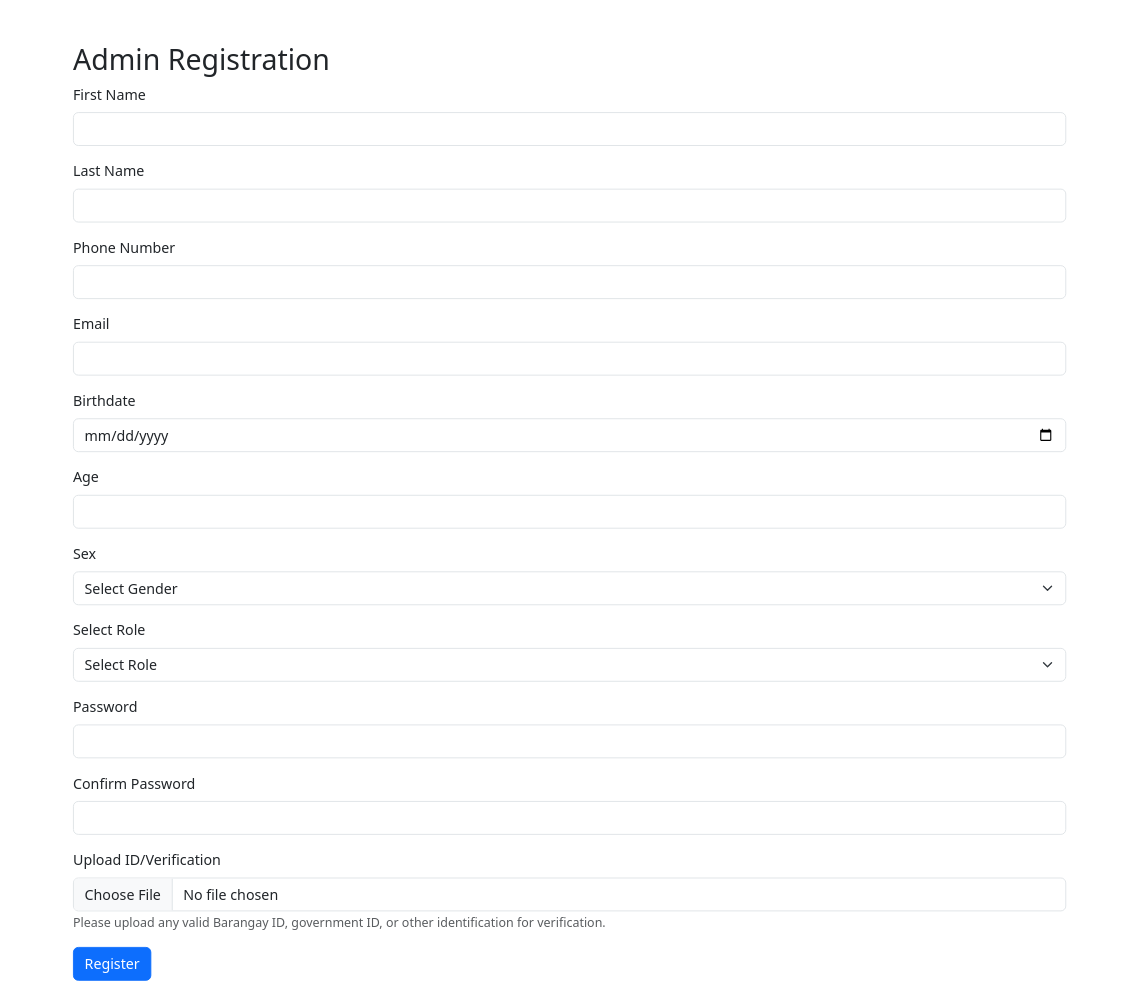
Repository: MeekSharkdev/capstone-project
Page: http://localhost/phpmailer/pages/register-admin.php
The author's editor kept a copy of each file at every save. The page is drawn from the files as they stood at one save, then again after the next save.
The browser window is 1280 px wide. The pictures show the whole page, at 89% of full size.
The page is run by PHP 8.4 with error messages shown; the project is at /var/www/html/.

Above is the page before, as saved 2024-12-18 13:23:49.

After the next save:
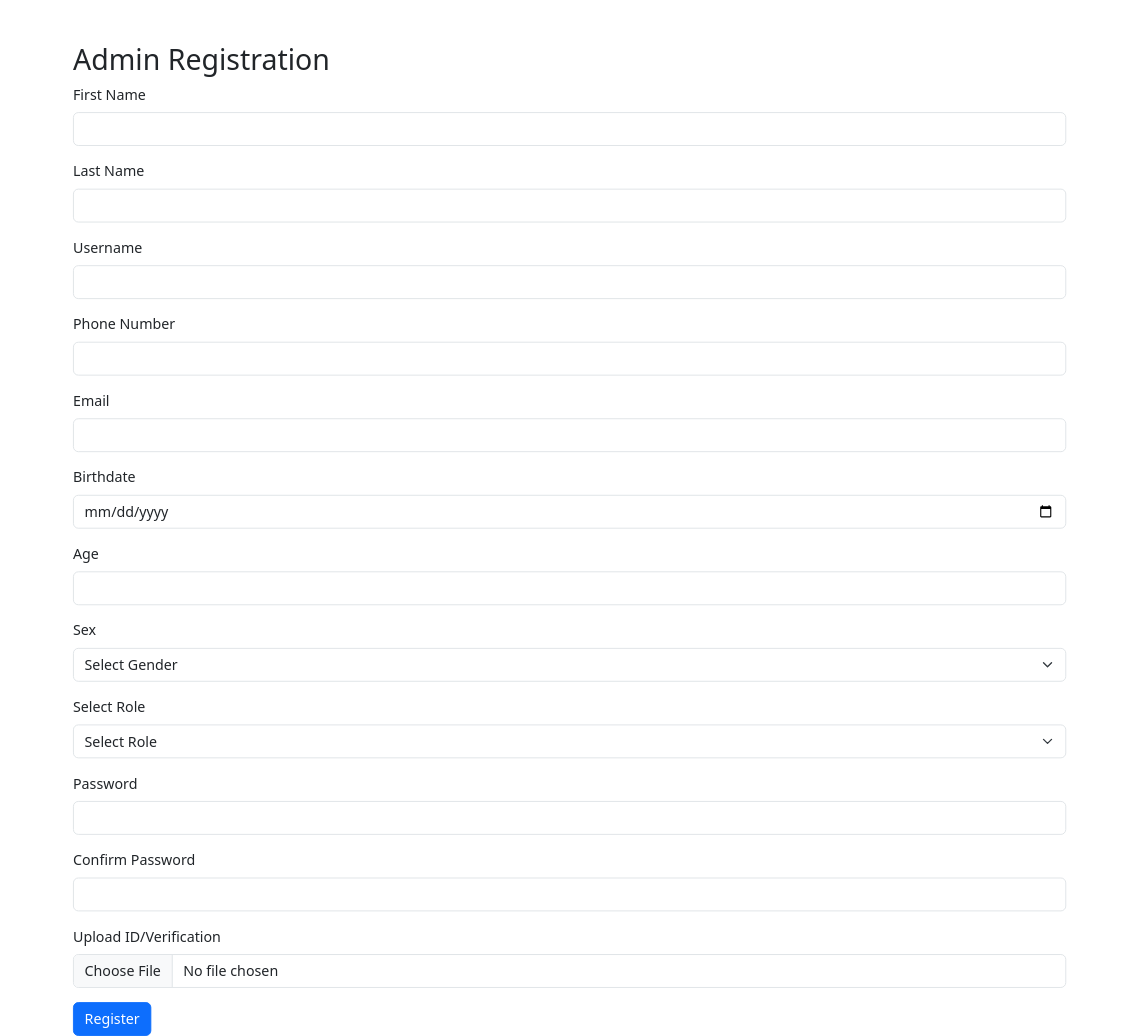
Saved 14 s later.
--- a/pages/register-admin.php
+++ b/pages/register-admin.php
@@ -52,13 +52,12 @@ if ($_SERVER['REQUEST_METHOD'] === 'POST') {
 
 $conn->close();
 ?>
-
 <!DOCTYPE html>
 <html lang="en">
 <head>
     <meta charset="UTF-8">
     <meta name="viewport" content="width=device-width, initial-scale=1.0">
-    <title>Register</title>
+    <title>Admin Registration</title>
     <link rel="stylesheet" href="https://cdn.jsdelivr.net/npm/bootstrap@5.3.2/dist/css/bootstrap.min.css">
 </head>
 <body>
@@ -72,6 +71,10 @@ $conn->close();
             <div class="mb-3">
                 <label for="lastname" class="form-label">Last Name</label>
                 <input type="text" class="form-control" id="lastname" name="lastname" required>
+            </div>
+            <div class="mb-3">
+                <label for="username" class="form-label">Username</label>
+                <input type="text" class="form-control" id="username" name="username" required>
             </div>
             <div class="mb-3">
                 <label for="phonenumber" class="form-label">Phone Number</label>
@@ -119,7 +122,6 @@ $conn->close();
             <div class="mb-3">
                 <label for="attachment_form_id" class="form-label">Upload ID/Verification</label>
                 <input type="file" class="form-control" id="attachment_form_id" name="attachment_form_id" required>
-                <small class="form-text text-muted">Please upload any valid Barangay ID, government ID, or other identification for verification.</small>
             </div>
             <button type="submit" class="btn btn-primary">Register</button>
         </form>
